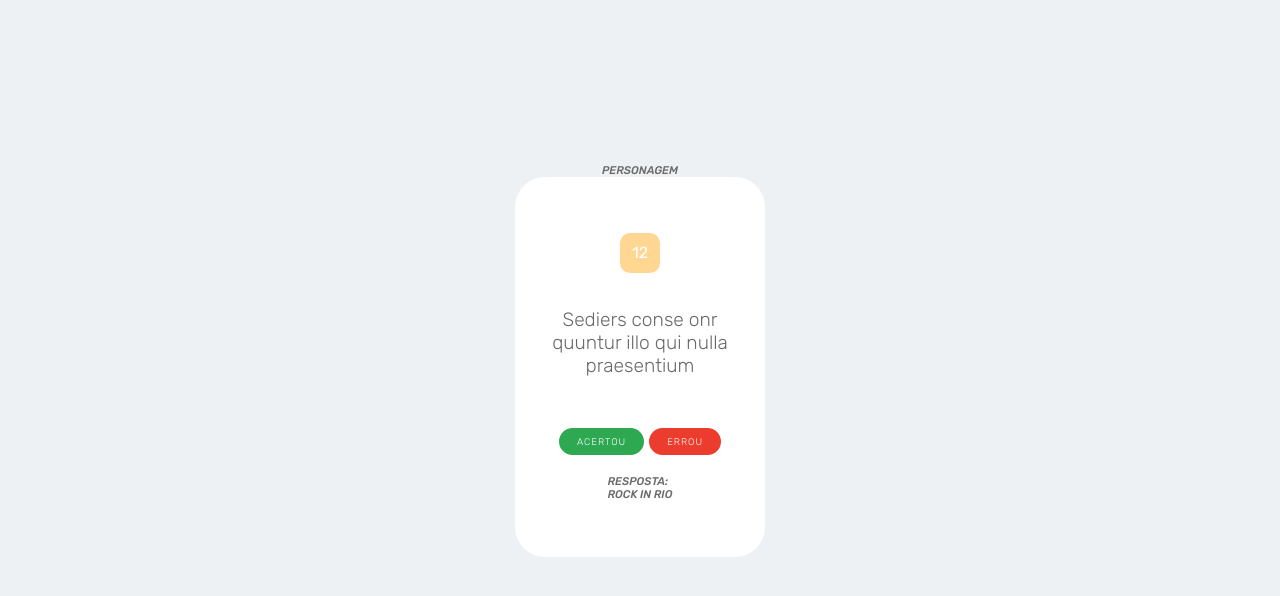
Repository: lucasthaynan/acertai
Page: index.html
The author's editor kept a copy of each file at every save. The page is drawn from the files as they stood at one save, then again after the next save.
The browser window is 1280 px wide. The pictures show the whole page.

Above is the page before, as saved 2024-04-14 20:47:31.

After the next save:
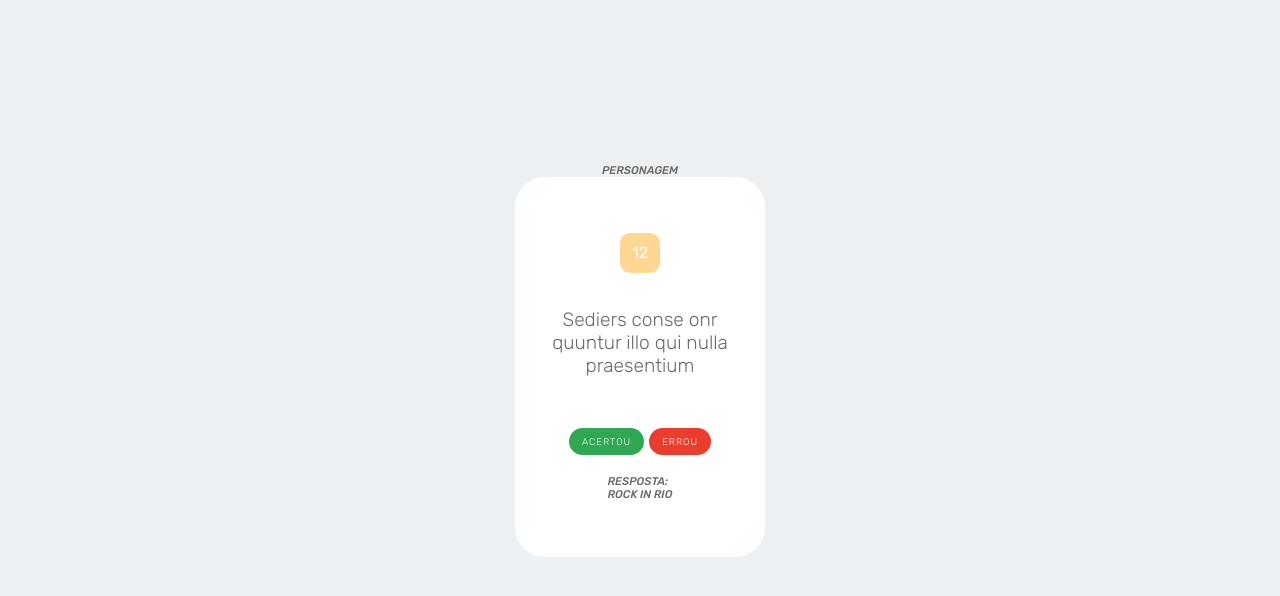
Saved 16 s later.
--- a/style.css
+++ b/style.css
@@ -376,7 +376,7 @@ section.select-tips .container.tip .missed {
 
     color: var(--text-claro);
     text-align: center;
-    padding: 8px 18px;
+    padding: 8px 13px;
     border-radius: 50px;
     margin-top: 15px;
 
